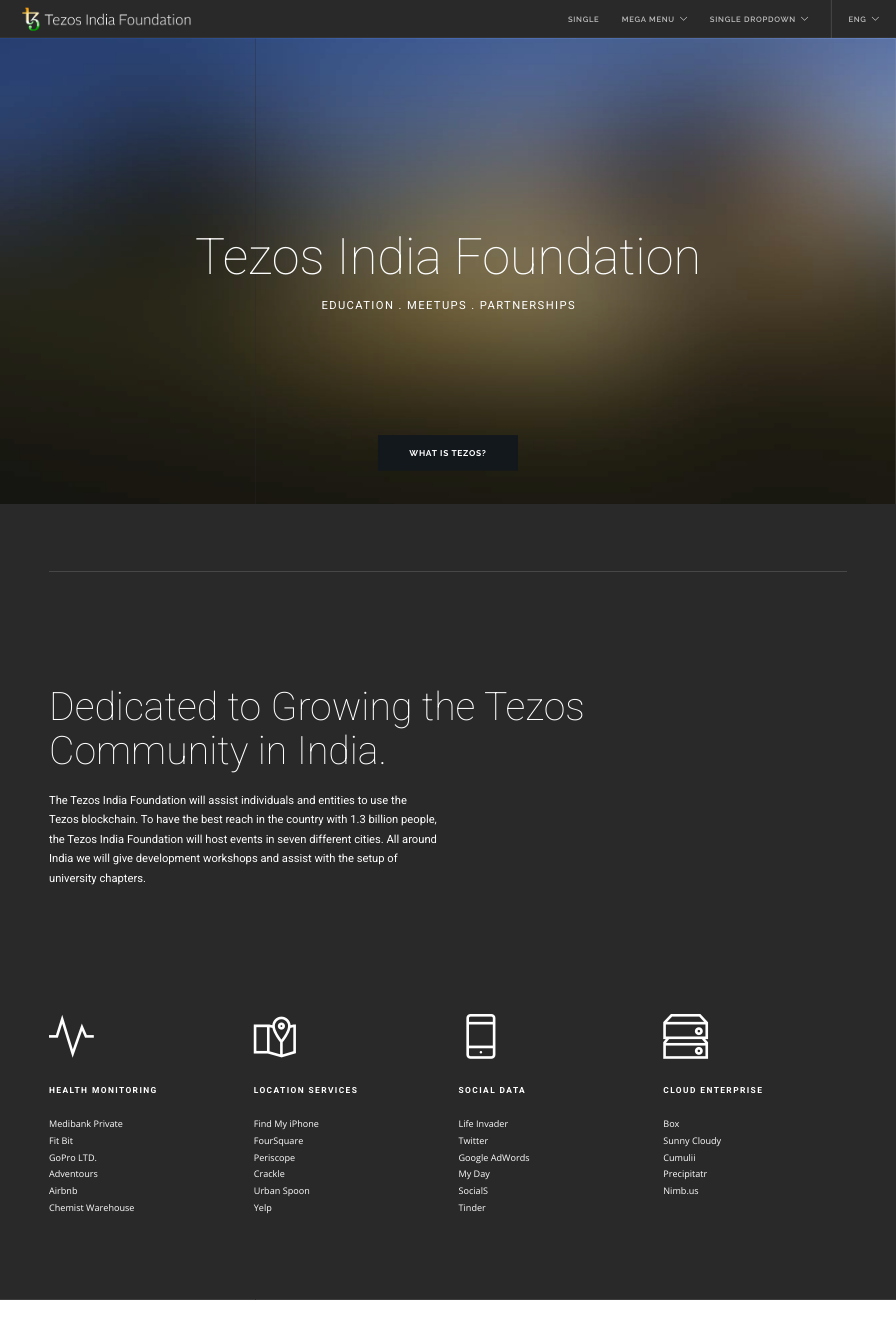
Repository: Tezos-India-Foundation/TIF-Website
Page: Tezos India Website/page.html
An editor plug-in stored every save of this project. The page is shown before and after the next save, followed by the edit.
The browser window is 1280 px wide. The pictures show the part of the page from y = 0 to 1920 px (the page is 4630 px tall), at 70% of full size.

Above is the page before, as saved 2019-08-06 15:12:50.

After the next save:
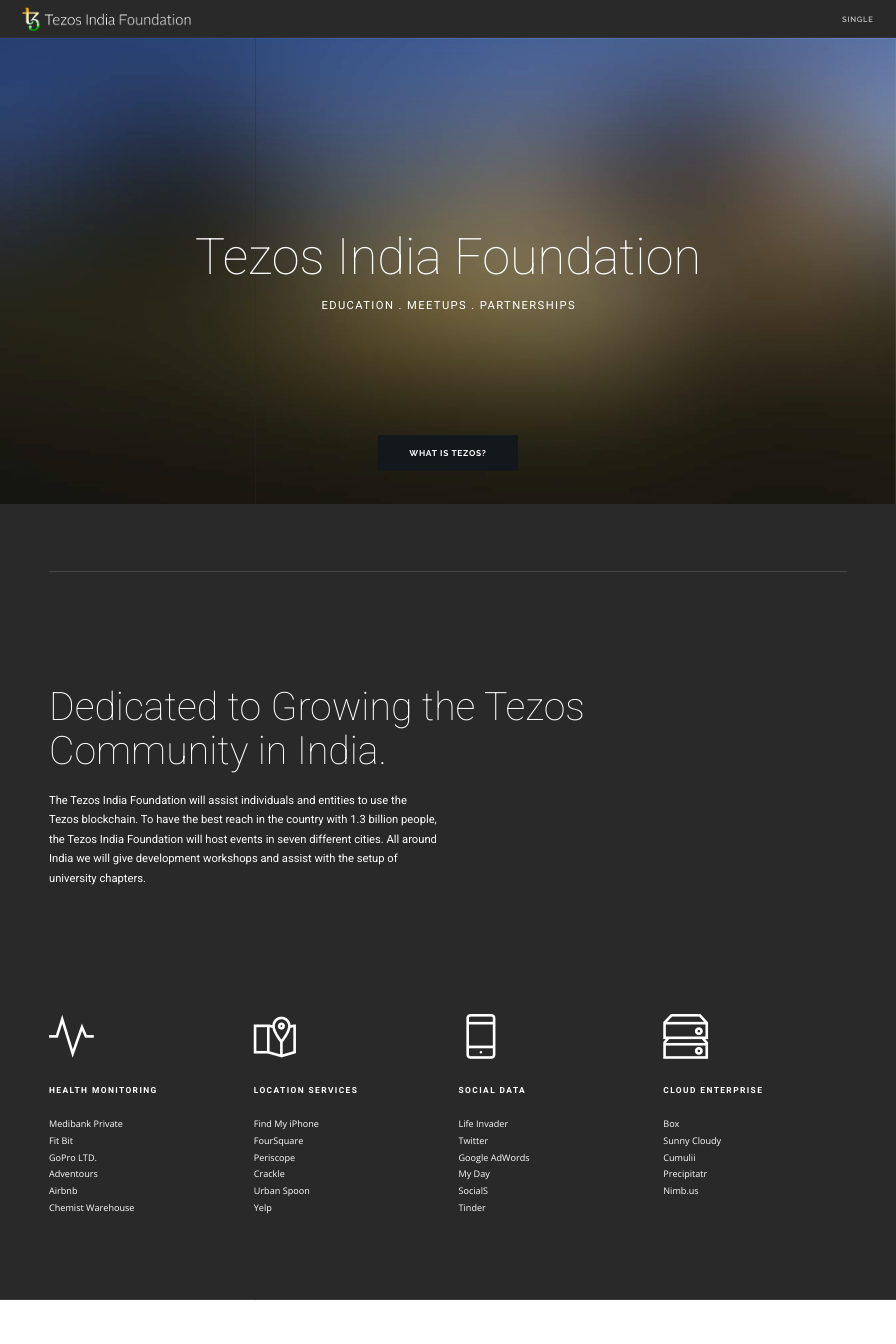
Saved 45 s later.
--- a/Tezos India Website/page.html
+++ b/Tezos India Website/page.html
@@ -39,70 +39,7 @@
 		                        <li>
 		                            <a href="#">Single</a>
 		                        </li>
-		                        <li class="has-dropdown">
-		                            <a href="#">
-		                                Mega Menu
-		                            </a>
-		                            <ul class="mega-menu">
-		                                <li>
-		                                    <ul>
-		                                        <li>
-		                                            <span class="title">Column 1</span>
-		                                        </li>
-		                                        <li>
-		                                            <a href="#">Single</a>
-		                                        </li>
-		                                    </ul>
-		                                </li>
-		                                <li>
-		                                    <ul>
-		                                        <li>
-		                                            <span class="title">Column 2</span>
-		                                        </li>
-		                                        <li>
-		                                            <a href="#">Single</a>
-		                                        </li>
-		                                    </ul>
-		                                </li>
-		                            </ul>
-		                        </li>
-		                        <li class="has-dropdown">
-		                            <a href="#">
-		                                Single Dropdown
-		                            </a>
-		                            <ul>
-		                                <li class="has-dropdown">
-		                                    <a href="#">
-		                                        Second Level
-		                                    </a>
-		                                    <ul>
-		                                        <li>
-		                                            <a href="#">
-		                                                Single
-		                                            </a>
-		                                        </li>
-		                                    </ul>
-		                                </li>
-		                            </ul>
-		                        </li>
-		                    </ul>
-		                </div>
-
-		                <div class="module widget-handle language left">
-		                    <ul class="menu">
-		                        <li class="has-dropdown">
-		                            <a href="#">ENG</a>
-		                            <ul>
-		                                <li>
-		                                    <a href="#">French</a>
-		                                </li>
-		                                <li>
-		                                    <a href="#">Deutsch</a>
-		                                </li>
-		                            </ul>
-		                        </li>
-		                    </ul>
-		                </div>
+
 		            </div>
 
 		        </div>
